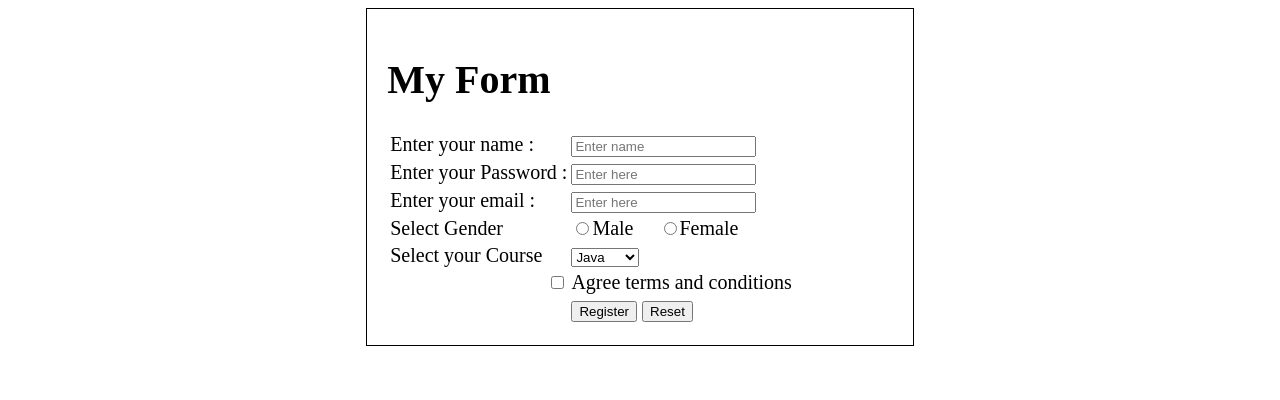
Repository: ShaileshMishr/Javanew
Page: Youtube/src/main/webapp/index.html
These files come from the project's save history. The page is drawn as it stood at one moment and after the next save; the edit follows.
The browser window is 1280 px wide. The pictures show the whole page.

Above is the page before, as saved 2023-10-10 19:24:30.

### Youtube/src/main/webapp/index.html
<!DOCTYPE html>
<html>
<head>
<meta charset="ISO-8859-1">
<title>Form Page</title>

<style>
	.container{
		width: 40%;
		border: 1px solid black;
		margin:auto;
		padding: 20px;
		font-size: 20px;
	}
</style>
</head>
<body>
<div class="container">
	<h1>My Form</h1>
	<form id="myform" action="RegisterServlet" method="post">
		<table>
			<tr>
				<td>Enter your name :</td>
				<td><input type="text" name="user_name" placeholder="Enter name" /></td>
			</tr>
			<tr>
				<td>Enter your Password :</td>
				<td><input type="password" name="user_password" placeholder="Enter here" /></td>
			</tr>
			<tr>
				<td>Enter your email :</td>
				<td><input type="email" name="user_email" placeholder="Enter here" /></td>
			</tr>
			<tr>
				<td>Select Gender</td>
				<td>
					<input type="radio" name="user_gender" value="male">Male &nbsp; &nbsp;
					<input type="radio" name="user_gender" value="female">Female &nbsp; &nbsp;

				</td>
			</tr>

			<tr>
				<td>
					Select your Course
				</td>
				<td>
					<select name="user_course">
						<option value="Java">Java</option>
						<option value="Python">Python</option>
						<option value="PHP">PHP</option>
						<option value="Android">Android</option>

					</select>
				</td>
			</tr>
			<tr>
				<td style="text-align: right;">
					<input type="checkbox" value="checked" name="condition" />
				</td>
				<td>
					Agree terms and conditions
				</td>
			</tr>

			<tr>
				<td>

				</td>
				<td>
					<button type="submit"">Register</button>
					<button type="reset">Reset</button>

				</td>
			</tr>
		</table>
	</form>

</div>
</body>
</html>

After the next save:
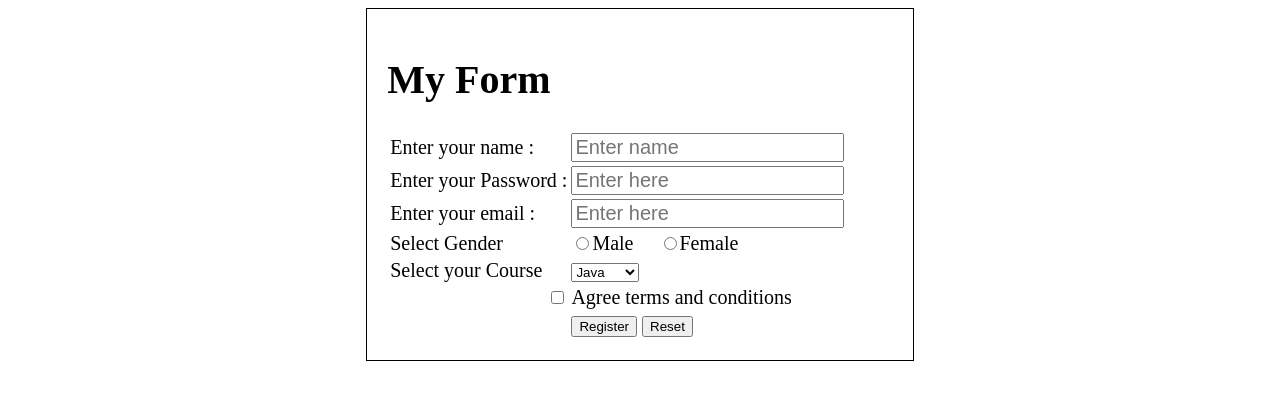
Saved 50 s later.
--- a/Youtube/src/main/webapp/index.html
+++ b/Youtube/src/main/webapp/index.html
@@ -10,6 +10,9 @@
 		border: 1px solid black;
 		margin:auto;
 		padding: 20px;
+		font-size: 20px;
+	}
+	#myform table tr td input{
 		font-size: 20px;
 	}
 </style>
